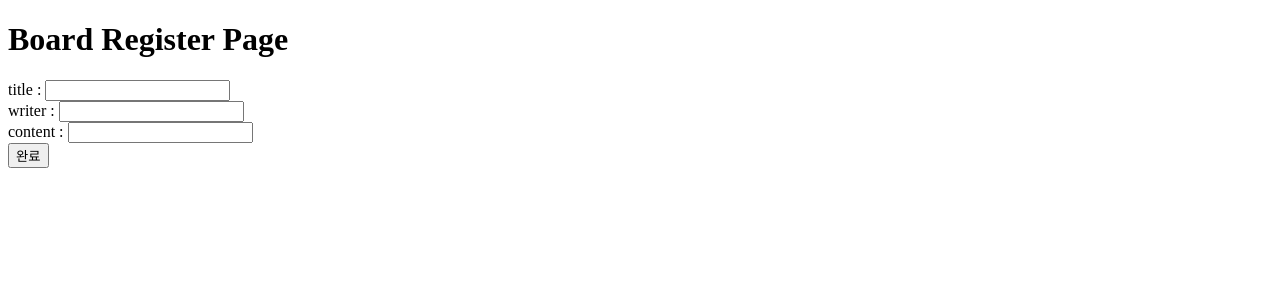
Repository: kurunai/jsp3
Page: http://localhost/jsp_boardTest/board/register.jsp
The author's editor kept a copy of each file at every save. The page is drawn from the files as they stood at one save, then again after the next save.
The browser window is 1280 px wide. The pictures show the whole page.
The page is served by Tomcat 9.

Above is the page before, as saved 2022-08-19 02:16:18.

After the next save:
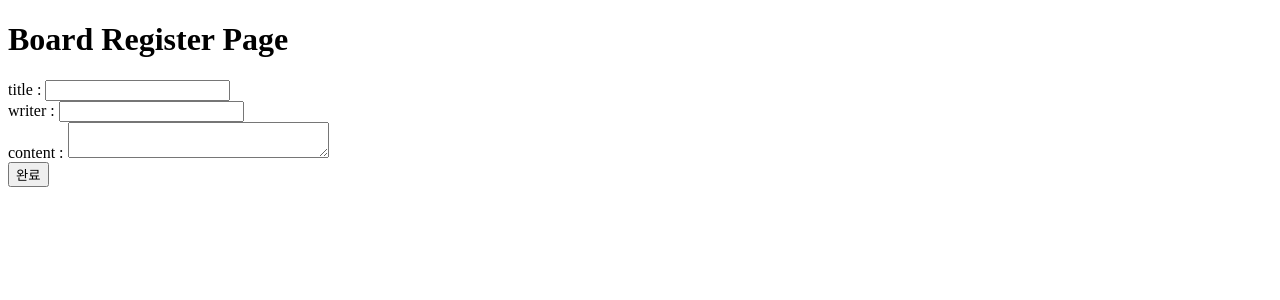
Saved 55 s later.
--- a/_jsptestwork_space/jsp_boardTest/src/main/webapp/board/register.jsp
+++ b/_jsptestwork_space/jsp_boardTest/src/main/webapp/board/register.jsp
@@ -11,7 +11,7 @@
 	<form action="#" method="post">
 		title : <input> <br>
 		writer : <input> <br>
-		content : <input> <br>
+		content : <textarea row="3" cols="30" name="content"></textarea> <br>
 		<button type="submit">완료</button>
 	</form>
 </body>
